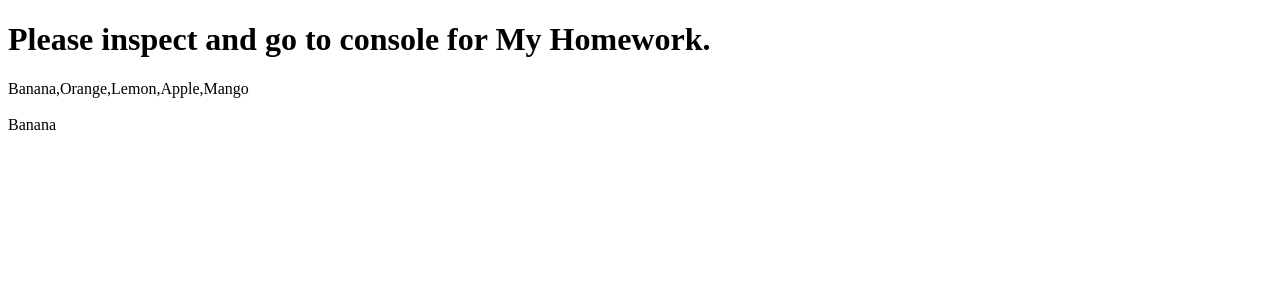
Repository: brightwhitesnow/brightwhitesnow.github.io
Page: Weba/lesson2/homeworkfiles/index.html
The author's editor kept a copy of each file at every save. The page is drawn from the files as they stood at one save, then again after the next save.
The browser window is 1280 px wide. The pictures show the whole page.

Above is the page before, as saved 2021-04-18 10:24:32.

### Weba/lesson2/homeworkfiles/index.html
<!DOCTYPE html>
<html lang="en">
<head>
    <meta charset="UTF-8">
    <meta http-equiv="X-UA-Compatible" content="IE=edge">
    <meta name="viewport" content="width=device-width, initial-scale=1.0">
    <title>Document</title>
</head>
<body>

<h1>Please inspect and go to console for My Homework.</h1>

<p id="demo"></p>

<script src="./script.js"></script>
</body>
</html>

### Weba/lesson2/homeworkfiles/script.js
console.log('Bài 1')

for (let b = 0; b <= 100; b = b + 7) {
    console.log(b)
}

console.log('Bài 2')

let i = 1;
let j = 1;
if (i === 1) {
    console.log('Monday')
    i++
}
if (j === 1) {
    console.log('Brush My Teeth')
    console.log('Eat')
    console.log('Go to School')
    j++
}
if (i === 2) {
    console.log('Tuesday')
    i++
}
if (j === 2) {
    console.log('Brush My Teeth')
    console.log('Eat')
    console.log('Go to School')
    j++
}
if (i === 3) {
    console.log('Wednesday')
    i++
}
if (j === 3) {
    console.log('Brush My Teeth')
    console.log('Eat')
    console.log('Go to School')
    j++
}
if (i === 4) {
    console.log('Thursday')
    i++
}
if (j === 4) {
    console.log('Brush My Teeth')
    console.log('Eat')
    console.log('Go to School')
    j++
}
if (i === 5) {
    console.log('Friday')
    i++
}
if (j === 5) {
    console.log('Brush My Teeth')
    console.log('Eat')
    console.log('Go to School')
    j++
}

console.log('Bài 3')

for (let z = 50; z <= 70; z++) {
    console.log('Hello Duong ' + z)
}

console.log('Bai 2 Again')

let bai2 = (thu, name) => {
    console.log(thu)
    console.log('Wake Up!')
    console.log('Brush My teeth')
    console.log(name + ', Eat')
}
bai2('Monday', 'Ben')
bai2('Tuesday', 'Ben')
bai2('Wednesday', 'Ben')
bai2('Thursday', 'Ben')
bai2('Friday', 'Ben')













let z = 7
let y = 5


if (y == 0) {
    console.log('Error')
}

if (z == 0) {
    console.log('Error')
}


console.log('Addition')

let a = (y, z) => {
    console.log(y + z)
}

console.log('Multiplication')

let m = (y, z) => {
    console.log(y * z)
}

console.log('Subtraction')

let s = (y, z) => {
    console.log(y - z)
}

console.log('Division')

let d = (y, z) => {
    console.log(y / z)
}





//var arr1 = ["Banana", "Apple", "Orange", "Tangerine", "Plum", "Grapefruit", "Mango"];
//arr1.slice(0)
//var myChildren = arr1.concat("Peach");
//document.getElementById("demo").innerHTML = arr1;

var fruits = ["Banana", "Orange", "Lemon", "Apple", "Mango"];
var citrus = fruits.slice(0, 1, 2, 3);
document.getElementById("demo").innerHTML = fruits + "<br><br>" + citrus;

After the next save:
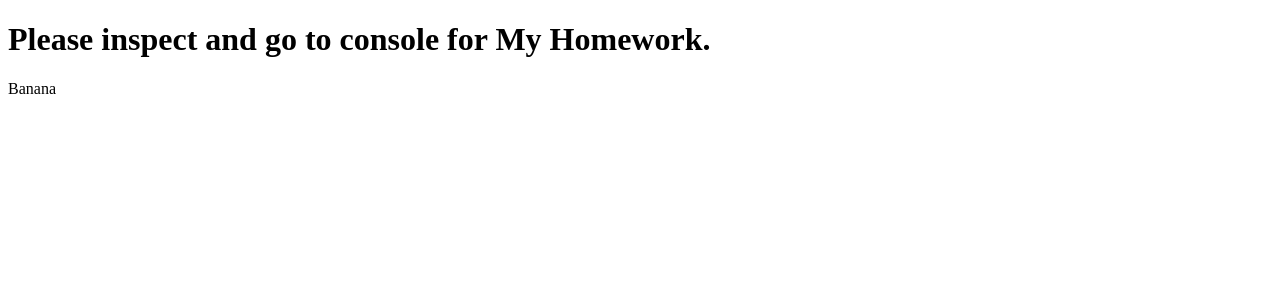
Saved 7 s later.
--- a/Weba/lesson2/homeworkfiles/script.js
+++ b/Weba/lesson2/homeworkfiles/script.js
@@ -139,4 +139,4 @@ let d = (y, z) => {
 
 var fruits = ["Banana", "Orange", "Lemon", "Apple", "Mango"];
 var citrus = fruits.slice(0, 1, 2, 3);
-document.getElementById("demo").innerHTML = fruits + "<br><br>" + citrus;
+document.getElementById("demo").innerHTML = citrus;
